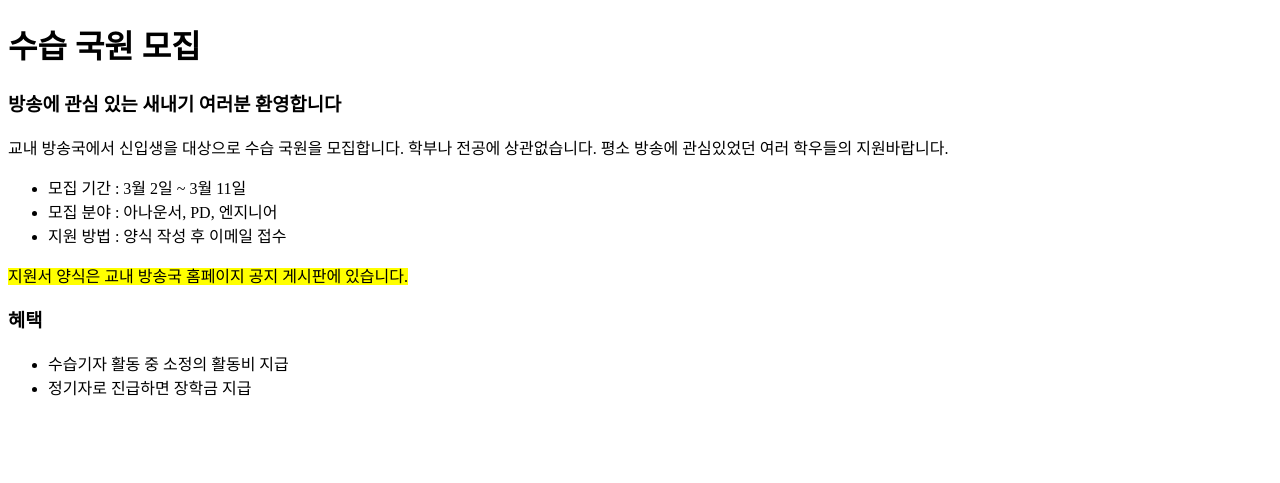
Repository: angelSuho/KCC_Learning_Repo
Page: Html/WebContent/mission.html
The author's editor kept a copy of each file at every save. The page is drawn from the files as they stood at one save, then again after the next save.
The browser window is 1280 px wide. The pictures show the whole page.

Above is the page before, as saved 2024-07-08 05:06:52.

After the next save:
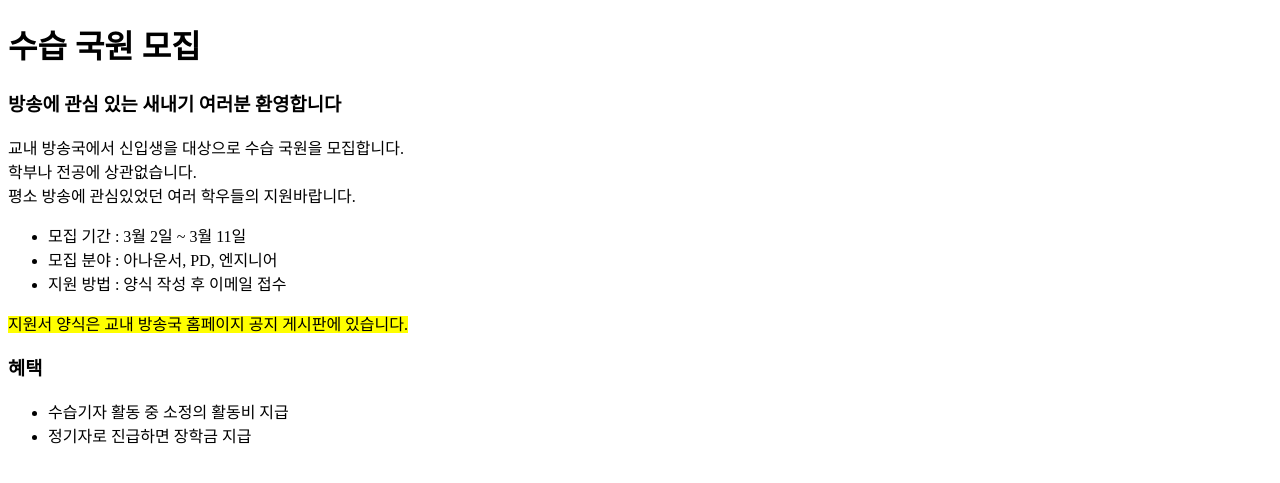
Saved 24 s later.
--- a/Html/WebContent/mission.html
+++ b/Html/WebContent/mission.html
@@ -7,9 +7,9 @@
 <body>
 <h1>수습 국원 모집</h1>
 <h3>방송에 관심 있는 새내기 여러분 환영합니다</h3>
-교내 방송국에서 신입생을 대상으로 수습 국원을 모집합니다.
-학부나 전공에 상관없습니다.
-평소 방송에 관심있었던 여러 학우들의 지원바랍니다.
+교내 방송국에서 신입생을 대상으로 수습 국원을 모집합니다.<br/>
+학부나 전공에 상관없습니다.<br/>
+평소 방송에 관심있었던 여러 학우들의 지원바랍니다.<br/>
 
 <ul>
 <li>모집 기간 : 3월 2일 ~ 3월 11일</li>
